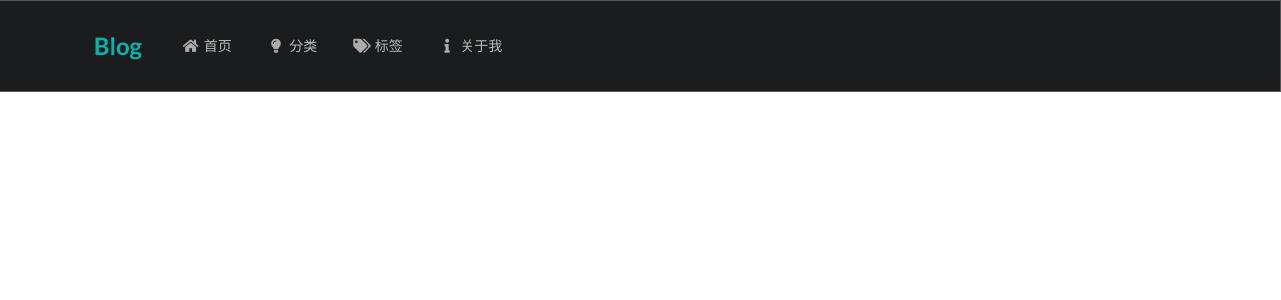
Repository: GOGOHQ/myblog
Page: index.html
An editor plug-in stored every save of this project. The page is shown before and after the next save, followed by the edit.
The browser window is 1280 px wide. The page is 1281 px wide, so the pictures cover 1281 px, including what lies to the right of the window. The pictures show the whole page.
Some web libraries are served in a nearby version.

Above is the page before, as saved 2020-01-16 14:48:19.

### index.html
<!DOCTYPE html>
<html lang="en">

<head>
    <meta charset="UTF-8">
    <meta name="viewport" content="width=device-width, inital-scale=1.0">
    <title>首页</title>
    <link rel="stylesheet" href="static/css/me.css">
    <link rel="stylesheet" href="https://cdn.jsdelivr.net/semantic-ui/2.2.4/semantic.min.css">
    <script src="https://cdn.jsdelivr.net/npm/jquery@3.2/dist/jqurey.min.js"></script>
    <script src="https://cdn.jsdelivr.net/semantic-ui/2.2.4/semantic.min.js"></script>
</head>

<body>
<!-- 导航 -->
<nav class="ui inverted  attached  segment m-padded-tb-mini">
    <div class="ui container">
        <div class="ui secondary inverted menu">
            <h2 class="ui teal header item">Blog</h2>
            <a href="#" class="item"><i class="home icon"></i>首页</a>
            <a href="#" class="item"><i class="idea icon"></i>分类</a>
            <a href="#" class="item"><i class="tags icon"></i>标签</a>
            <a href="#" class="item"><i class="info icon"></i>关于我</a>
        </div>
    </div>
</nav>
<!-- 内容 -->
<div>

</div>
<!-- 底部 -->
<footer>

</footer>
</body>


</html>

Loaded but not shown: static/css/me.css (no stored copy; drawn as an empty file)

After the next save:
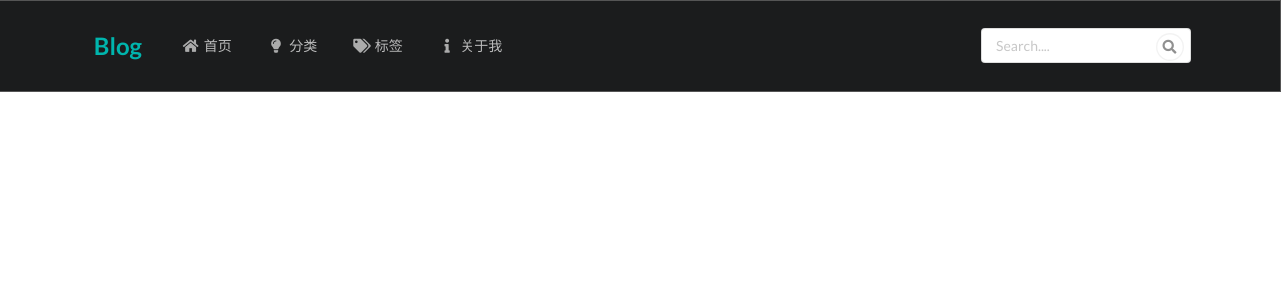
Saved 2 min 17 s later.
--- a/index.html
+++ b/index.html
@@ -21,6 +21,12 @@
             <a href="#" class="item"><i class="idea icon"></i>分类</a>
             <a href="#" class="item"><i class="tags icon"></i>标签</a>
             <a href="#" class="item"><i class="info icon"></i>关于我</a>
+            <div class="right item">
+                <div class="ui icon input">
+                    <input type="text" placeholder="Search....">
+                    <i class="circular search link icon"></i>
+                </div>
+            </div>
         </div>
     </div>
 </nav>
